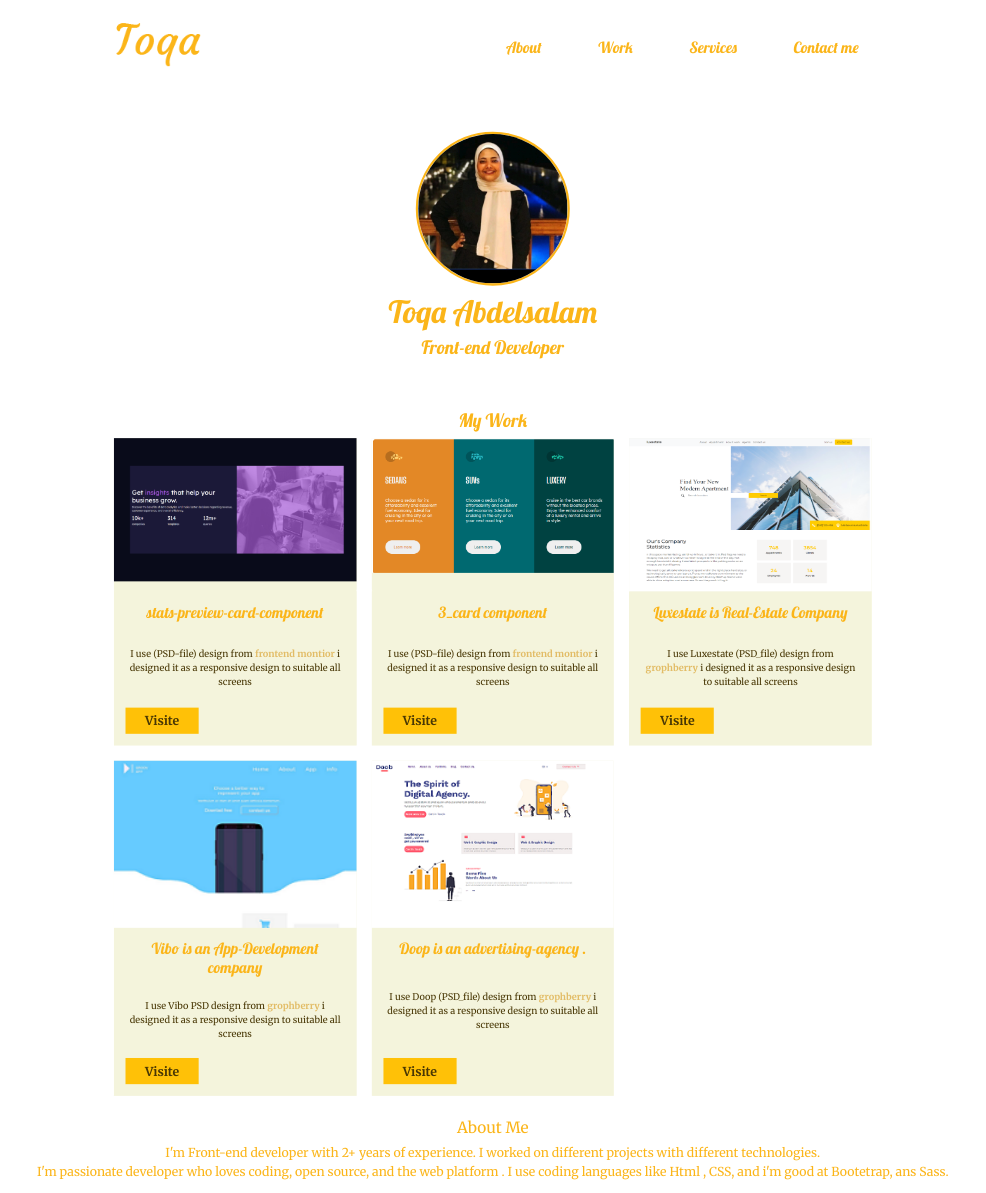
Repository: Toqa-25/portfolio
Page: index.html
The author's editor kept a copy of each file at every save. The page is drawn from the files as they stood at one save, then again after a run of saves.
The browser window is 1280 px wide. The pictures show the whole page, at 77% of full size.
Some web fonts or font styles are not loaded; a fallback is used.

Above is the page before, as saved 2021-11-01 01:14:48.

### index.html
<!DOCTYPE html>
<html lang="en">
<head>
    <meta charset="UTF-8">
    <meta http-equiv="X-UA-Compatible" content="IE=edge">
    <meta name="viewport" content="width=device-width, initial-scale=1.0">
    <title>Toqa Portfolio</title>
      <!-- bootstrap file -->
      <link rel="stylesheet" href="css/all.min.css">
      <link rel="stylesheet" href="css/bootstrap.css">
      <!-- css file -->
      <link rel="stylesheet" href="css/style.css">
      <!-- fonts -->
      <link rel="preconnect" href="https://fonts.googleapis.com">
<link rel="preconnect" href="https://fonts.gstatic.com" crossorigin>
<link href="https://fonts.googleapis.com/css2?family=Lobster&family=Otomanopee+One&display=swap" rel="stylesheet">
<link rel="preconnect" href="https://fonts.googleapis.com">
<link rel="preconnect" href="https://fonts.gstatic.com" crossorigin>
<link href="https://fonts.googleapis.com/css2?family=Merriweather:ital,wght@0,300;0,400;0,700;0,900;1,300;1,400;1,700;1,900&display=swap" rel="stylesheet">
<link rel="preconnect" href="https://fonts.googleapis.com">
<link rel="preconnect" href="https://fonts.gstatic.com" crossorigin>
<link href="https://fonts.googleapis.com/css2?family=Bebas+Neue&family=Oswald:wght@200;300;400;500;600;700&display=swap" rel="stylesheet">
<link rel="preconnect" href="https://fonts.googleapis.com">
<link rel="preconnect" href="https://fonts.gstatic.com" crossorigin>
<link href="https://fonts.googleapis.com/css2?family=Montserrat:wght@100;200;300;400;500;600;700;800;900&family=PT+Sans:ital,wght@0,400;0,700;1,700&family=Roboto:wght@100;300;400;500;700;900&display=swap" rel="stylesheet">
</head>
<body>
        <!-- header section -->
    <header class="pad">
       <div class="container">
         <div class="header-content">
           <div class="header-logo">
             <img src="images/logo.png" alt="logo">
           </div>
           <div class="bar">
             <svg xmlns="http://www.w3.org/2000/svg" width="35" height="35" fill="#fbb519" class="bi bi-list" viewBox="0 0 16 16">
               <path fill-rule="evenodd" d="M2.5 12a.5.5 0 0 1 .5-.5h10a.5.5 0 0 1 0 1H3a.5.5 0 0 1-.5-.5zm0-4a.5.5 0 0 1 .5-.5h10a.5.5 0 0 1 0 1H3a.5.5 0 0 1-.5-.5zm0-4a.5.5 0 0 1 .5-.5h10a.5.5 0 0 1 0 1H3a.5.5 0 0 1-.5-.5z"/>
             </svg>
              <ul class="hidden-list unlist list">
              <li>About</li>
              <li>Work</li>
              <li>Services</li>
              <li>Contact me</li>
              <li>Reviews</li>
            </ul>
           </div>
           <div class="header-nav">
             <ul class="list unlist">
                 <li>About</li>
                 <li>Work</li>
                 <li>Services</li>
                 <li>Contact me</li>
                 <!-- <li>Reviews</li> -->
             </ul>

           </div>
         </div>
         </div>
        </header><!-- end header section -->
        <!-- information  section -->
    <section  class="inform pad">
      <div class="main-inform " role="main">
        <div class="inform-info">
        <img src="images/toqa.jpg" alt=""><br>
        <h1>Toqa Abdelsalam</h1>
        <h4>Front-end Developer</h4>
      </div>
      </div>
    </section> <!-- end information  section -->

      <!-- my-work  section -->
      <section class="pad work">
        <div class="container">
          <h4 class="work-head">My Work</h4>
          <div class="work-content">
      <div class="work-card" role="menu">
        <div class="card-img">
          <img src="images/my-work/preview-card/desktop_stats-preview-card-component-main_.png" alt="">
        </div>
        <div class="card-info">
          <h5 class="card-title">stats-preview-card-component </h5>
          <p class="card-info-text"> I use  (PSD-file) design from <span> <a href="https://www.frontendmentor.io/">frontend montior</a></span>
        i designed it as a responsive design to suitable all screens
         </p>
      <button class="card-button"><a href="https://toqa-25.github.io/stats-preview-card-component-main/">Visite</a></button>
        </div>
 </div>
      <div class="work-card" role="menu">
        <div class="card-img">
          <img src="images/my-work/3-card-component/desktop_3-cards-component_.png" alt="">
        </div>
        <div class="card-info">
          <h5 class="card-title">3_card component </h5>
          <p class="card-info-text"> I use  (PSD-file) design from <span> <a href="https://www.frontendmentor.io/">frontend montior</a></span>
        i designed it as a responsive design to suitable all screens
         </p>
      <button class="card-button"><a href="https://toqa-25.github.io/stats-preview-card-component-main/">Visite</a></button>
        </div>
 </div>
      <div class="work-card" role="menu">
        <div class="card-img">
          <img src="images/my-work/luxestate/destop-luxestate - Copy (1).png" alt="">
        </div>
        <div class="card-info">
          <h5 class="card-title">Luxestate is Real-Estate Company  </h5>
          <p class="card-info-text">I use Luxestate (PSD_file) design from <span> <a href="https://www.graphberry.com/">grophberry</a></span>
    i designed it as a responsive design to suitable all screens
         </p>
      <button class="card-button"><a href="https://toqa-25.github.io/stats-preview-card-component-main/">Visite</a></button>
        </div>
 </div>
      <div class="work-card" role="menu">
        <div class="card-img">
          <img src="images/my-work/vibo/Vibo_App(desktop)_toqa-25.github.io2.png" alt="">
        </div>
        <div class="card-info">
          <h5 class="card-title">Vibo is an App-Development company</h5>
          <p class="card-info-text">I use Vibo PSD design from <span> <a href="https://www.graphberry.com/">grophberry</a></span>
                  i designed it as a responsive design to suitable all screens
         </p>
      <button class="card-button"><a href="https://toqa-25.github.io/stats-preview-card-component-main/">Visite</a></button>
        </div>
 </div>
      <div class="work-card" role="menu">
        <div class="card-img">
          <img src="images/my-work/simple/web_design.png" alt="">
        </div>
        <div class="card-info">
          <h5 class="card-title">Doop is an advertising-agency .</h5>
          <p class="card-info-text doop-text">I use Doop (PSD_file) design from <span> <a href="https://www.graphberry.com/">grophberry</a></span>
            i designed it as a responsive design to suitable all screens
         </p>
      <button class="card-button"><a href="https://toqa-25.github.io/stats-preview-card-component-main/">Visite</a></button>
        </div>
 </div>
      <!--

      <div class="project card" role="menu">
          <img src="images/web_design.png" alt="">
          <p>Doop is an advertising-agency .
        I use Doop (PSD_file) design from <span> <a href="https://www.graphberry.com/">grophberry</a></span>
    i designed it as a responsive design to suitable all screens <br>
    <button><a href="https://toqa-25.github.io/simply-agency/">Visit </a></button>
   </p>
   </div>
   <div class="project card" role="menu">
    <img src="images/toqa-25.github.io_landing-meeting-page_desktop.png" alt="">
    <p>Metting landing page
  I use  design from <span> <a href="https://www.frontendmentor.io/">grophberry</a></span>
i designed it as a responsive design to suitable all screens <br>
<button><a href="https://toqa-25.github.io/landing-meeting-page/">Visite</a></button>
</p>
</div> -->
   </div>
   </div>
      </section>

      <section class="section about">

          <h5>About Me</h5>
      <p> I'm Front-end developer with 2+ years of experience. I worked on different projects with different technologies. <br>
       I'm passionate developer who loves coding, open source, and the web platform .
       I use coding languages like Html , CSS, and i'm good at Bootetrap, ans Sass. </p>
      </section>

</body>
</html>

### css/style.css
/*
    public style
***********************
*/
:root{
    --main-color:#fbb519;
    --section-padding:30px;
}
* {
    box-sizing: border-box;
    margin: 0;
    padding: 0;
}
body{
    font-family: 'Merriweather', serif;
    color:var(--main-color);
}
.pad{
    padding: var(--section-padding) 0;
}
.container
{
  width: 80%;
  margin:auto;
  padding: 0 20px;
}

 .unlist{
     list-style: none;
 }
 a{
     text-decoration: none;
 }
/*
    header style
***********************
*/
 header{
    font-family: 'Lobster', cursive;
 }
 .header-content{
    display: flex;
}
.header-logo{
    width:50%;
}
.bar{
    position: relative;
    display: none;
    margin: auto 20px;
     transition: .2s;
     cursor: pointer;
     width: 50%;
    /* text-align: right; */
    justify-content: flex-end;
}
 .header-nav{
   min-width: 50%;
    display: flex;
    justify-content: flex-end;
 }
 .header-nav .list{
     width: 100%;
     display: flex;
     justify-content: space-between;
     align-items: center;
     padding: 17px;
 }
  .list li{
     font-size: 20px;
     transition: .2s;
     -webkit-transition: .2s;
     -moz-transition: .2s;
     -ms-transition: .2s;
     -o-transition: .2s;
     cursor: pointer;
     margin-bottom: 2px;
    }
     .list li:hover{
        border-bottom: 2px solid var(--main-color);
    }
    .hidden-list{
         text-align: center;
         position: absolute;
         width: 120px;
         top: 3px;
         right: -70px;
         background-color: #f5f5dc91;
         padding: 10px;
         border-radius: 25px;
         -webkit-border-radius: 25px;
         -moz-border-radius: 25px;
         -ms-border-radius: 25px;
         -o-border-radius: 25px;
         transition: .2s;
         -webkit-transition: .2s;
         -moz-transition: .2s;
         -ms-transition: .2s;
         -o-transition: .2s;
         visibility: hidden;
         display: none;
}
/* media quary for header*/
 @media (max-width: 991px){
   .header-nav {
      display: none;
  }
  .bar{
      display: flex;
  }
  .bar:hover .hidden-list{
    visibility: visible;
    display: block;
  }
}
/*
    my-information&image style
  ********************************
 */
 .main-inform{
     color: var(--main-color);
    text-align: center;
    height: 300px;
    display: flex;
    align-items: center;
    justify-content: center;
    font-family: 'Lobster', cursive;
}
.main-inform img{
    width: 200px;
    height: 200px;
    border:3px solid;
    border-radius: 50%;
    -webkit-border-radius: 50%;
     -moz-border-radius: 50%;
     -ms-border-radius: 50%;
     -o-border-radius: 50%;
     margin-bottom: 10px;
    }
/*
    my-work style
********************************
*/
.work{
text-align: center;
}
 .work-content{
    display: grid;
    grid-template-columns:repeat(3,1fr);
    grid-template-rows: minmax(1fr,350px);
    gap:20px;
 }
 .work .work-head{
    text-align: center;
    font-family: 'Lobster';
 }
 .work-card{
 background-color: #f5f5dce8;
 }
 .card-img{
     width:100%;
     height:50%;
     background-color: #f5f5dce8;
 }
 .card-img img{
     width:100%;
     max-height: 100%;
     transition: .2s;
     -webkit-transition: .2s;
     -moz-transition: .2s;
     -ms-transition: .2s;
     -o-transition: .2s;
}

 .card-img img:hover{
   transform: scale(1.1);
   -webkit-transform: scale(1.1);
   -moz-transform: scale(1.1);
   -ms-transform: scale(1.1);
   -o-transform: scale(1.1);
}
 .card-info{
     display: flex;
    flex-direction: column;
    justify-content: space-between;
     text-align: center;
     width: 100%;
     height: 50%;
    background-color: #f5f5dce8;
    padding: 15px;
 }
 .card-title{
         font-family: 'Lobster', cursive;
 }

.card-info-text{
    margin:15px 0;
    font-size: 12px;
    font-weight: 400;
    /* padding: 2px; */
    text-align: center;
    color:#483705;
}
.card-info-text a{
    text-decoration: none;
    color: #e2bc66;
    font-weight: bolder;
}
/* .card p{
  margin:15px 0 ;
} */

.card-button{
    width: 95px;
    text-align: center;
    background-color: #ffc107;
     color:#483705;
    border: none;
    mar
    border-radius: 15px;
    padding: 5px;
    /*margin-top: 7px; */
    transition: .2s;
    -webkit-transition: .2s;
    -moz-transition: .2s;
    -ms-transition: .2s;
    -o-transition: .2s;
    font-weight: bold;
}
.card-button:hover{
     transform: scale(1.1);
     -webkit-transform: scale(1.1);
      -moz-transform: scale(1.1);
      -ms-transform: scale(1.1);
       -o-transform: scale(1.1);
}
.card-button a{
    text-decoration: none;
    color: #483705;
}

.about{
    text-align: center;

}

/*
media quary style
***************************************
//extra small devices @media (maxwidth:575px)
//small devices @media (maxwidth:767px)
//medium devices @media (maxwidth:991px)
//large devices @media (maxwidth:1199px)
*/
/* .card {
    width: 100%;
    height: 100%;
    position: relative;
    display: flex;
    flex-direction: column;
    min-width: 0;
    word-wrap: break-word;
    background-color: black;
    background-clip: border-box;
    border: 4px solid var(--main-color);
    border-radius: 0.3rem;
}

.card img{
    max-width:100%;
    max-height: 150px;
    border-bottom: 3px solid;
} */

Loaded but not shown: css/all.min.css (library); css/bootstrap.css (library)

After the next 2 saves:
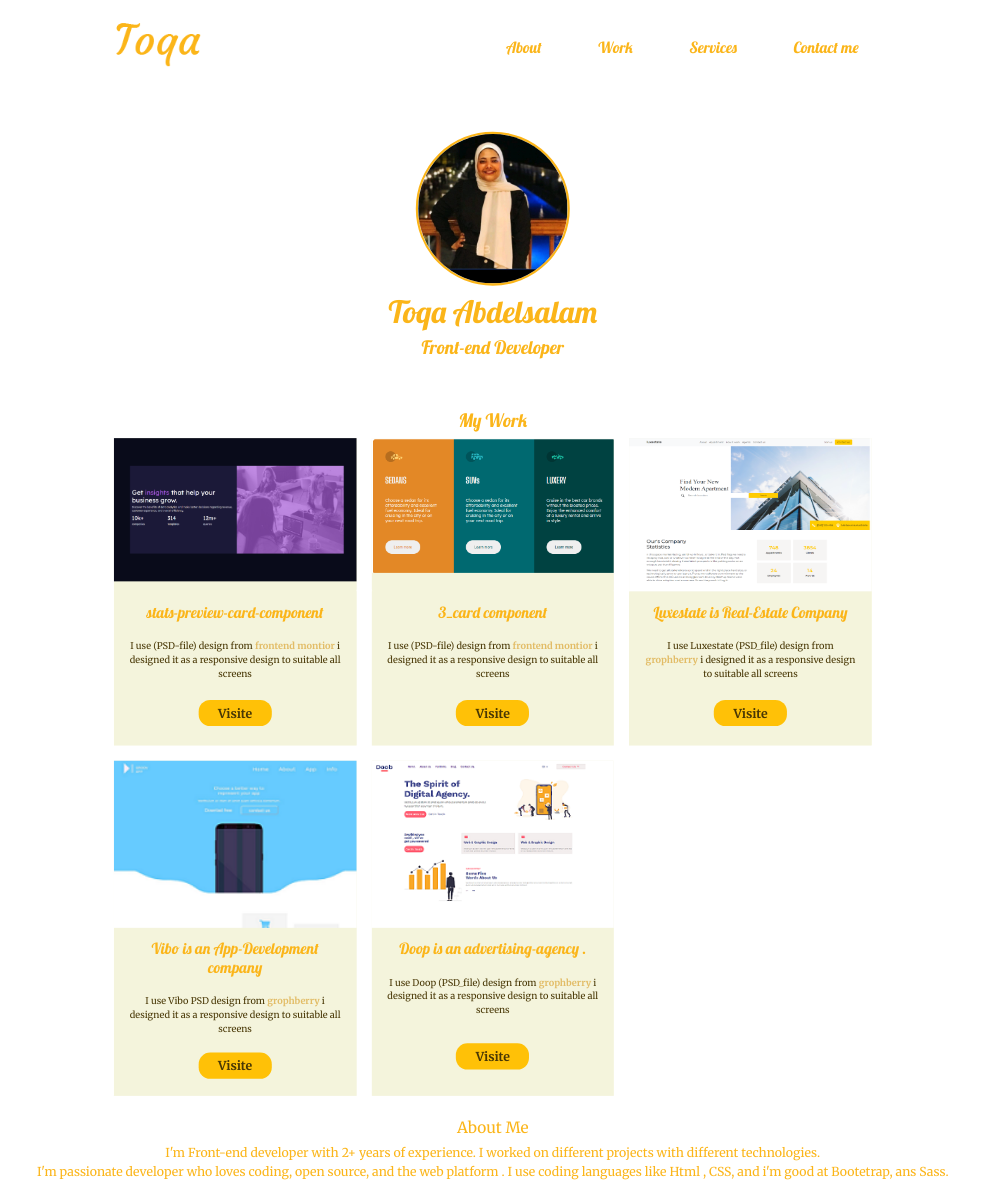
The 2 saves are shown as one change because they came seconds apart.
The last was saved 6 s later.
--- a/css/style.css
+++ b/css/style.css
@@ -216,7 +216,7 @@ text-align: center;
     background-color: #ffc107;
      color:#483705;
     border: none;
-    mar
+    margin: auto;
     border-radius: 15px;
     padding: 5px;
     /*margin-top: 7px; */
